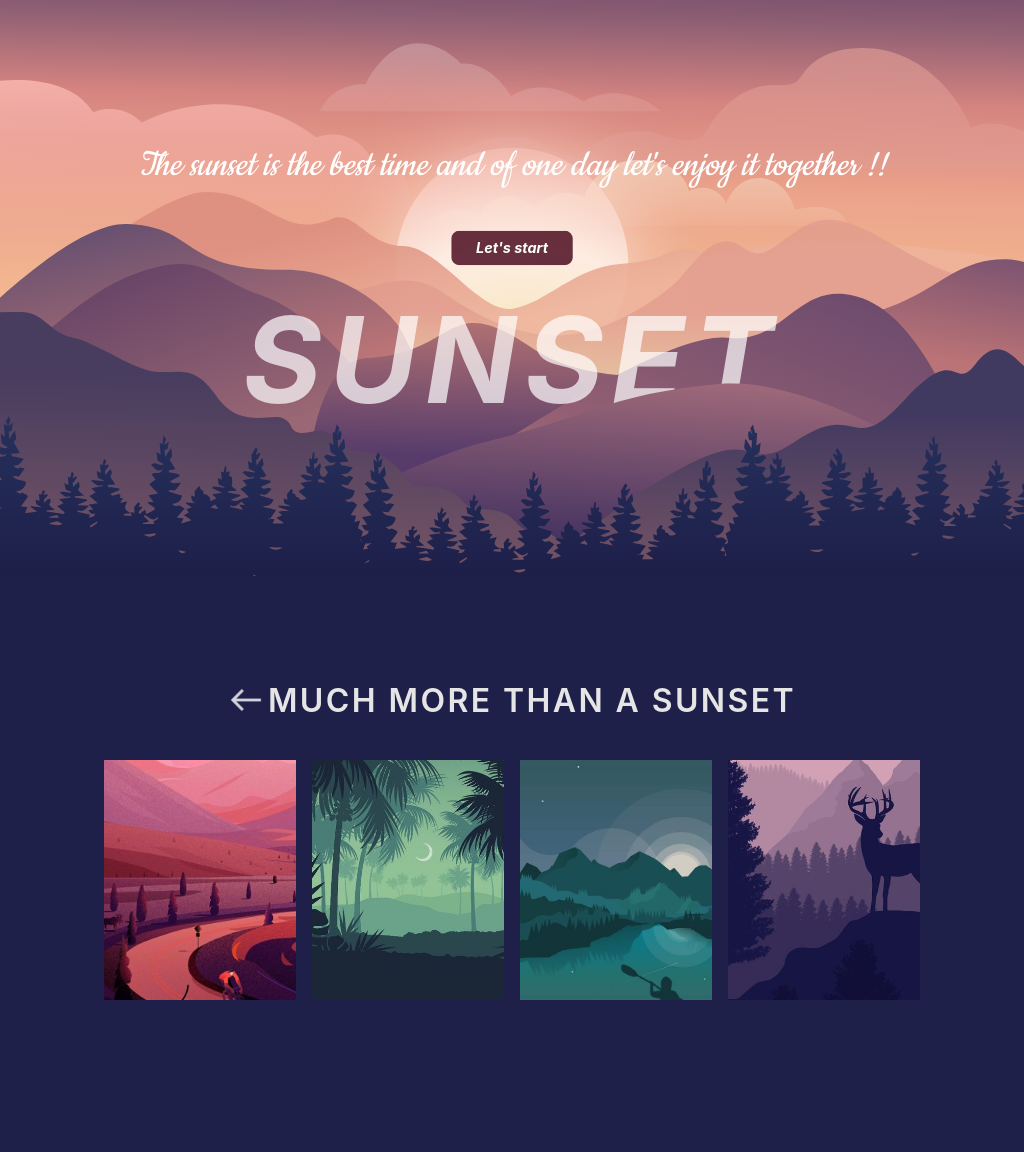
Repository: nambui98/parallax
Page: /
An editor plug-in stored every save of this project. The page is shown before and after a run of saves, followed by the edit.
The browser window is 1280 px wide. The pictures show the whole page, at 80% of full size.
The project was rebuilt for these pictures with package versions that can differ from the ones it lists, and the page was loaded fresh each time. Also part of the build but not shown: vite.config.ts.

Above is the page before, as saved 2022-03-24 16:15:42.

After the next 2 saves:
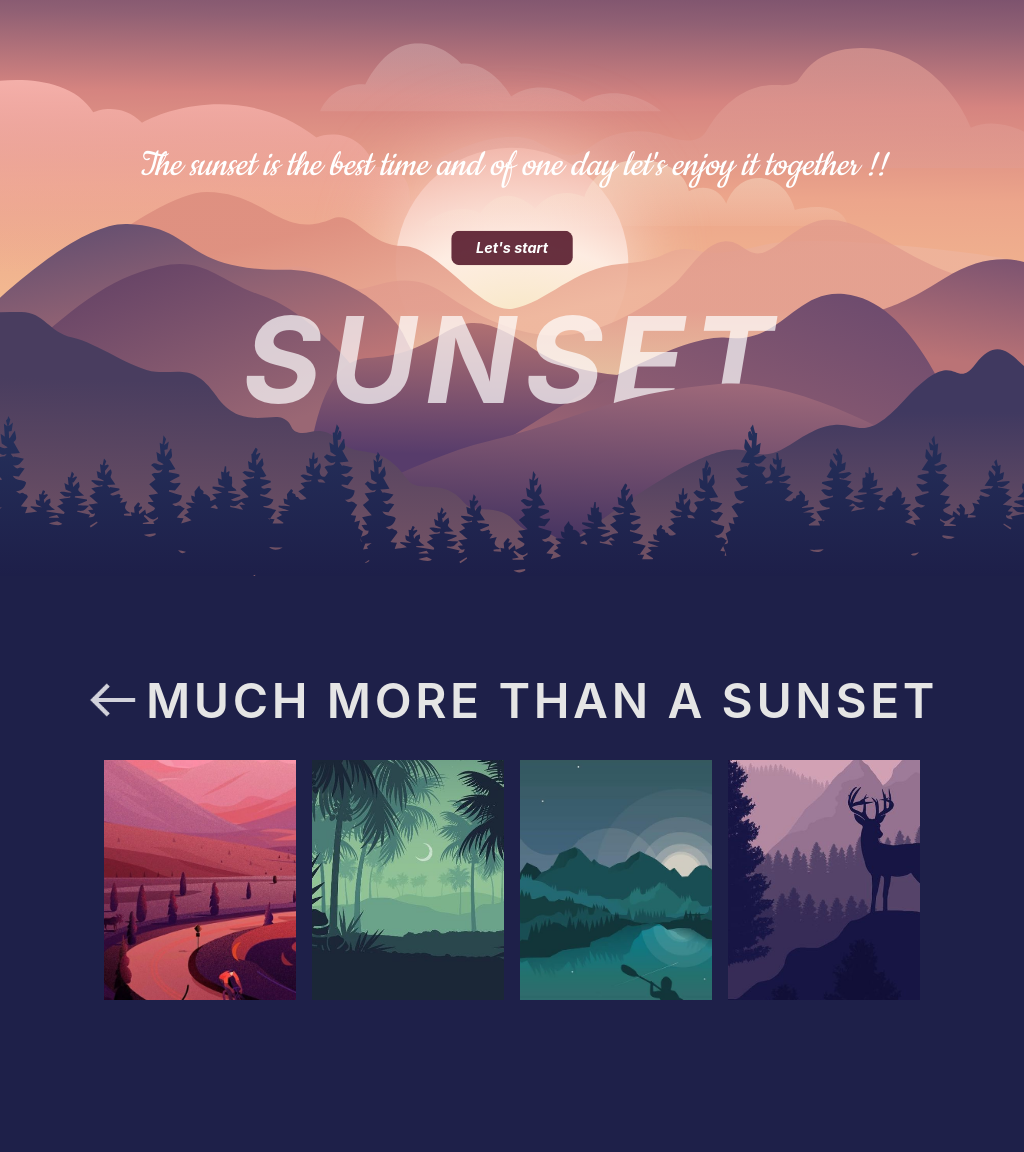
The 2 saves are shown as one change because they came seconds apart.
The last was saved 14 s later.
--- a/src/App.tsx
+++ b/src/App.tsx
@@ -61,7 +61,7 @@ function App() {
       h3Ref.current.style.transform = `translateZ(${value * 0.8}px) scale(${1 + (value * 0.0009)})`
       h1Ref.current.style.transform = `translateY(${value * 0.2}px)`
       btnRef.current.style.transform = `translate(-50%, calc(-50% - ${value * 0.2}px))`
-      h1p2Ref.current.style.transform = `scale(${(1 - value * 0.0004)})`
+      h1p2Ref.current.style.transform = `scale(${0.5 + (1 - value * 0.0004)})`
 
     })
 
